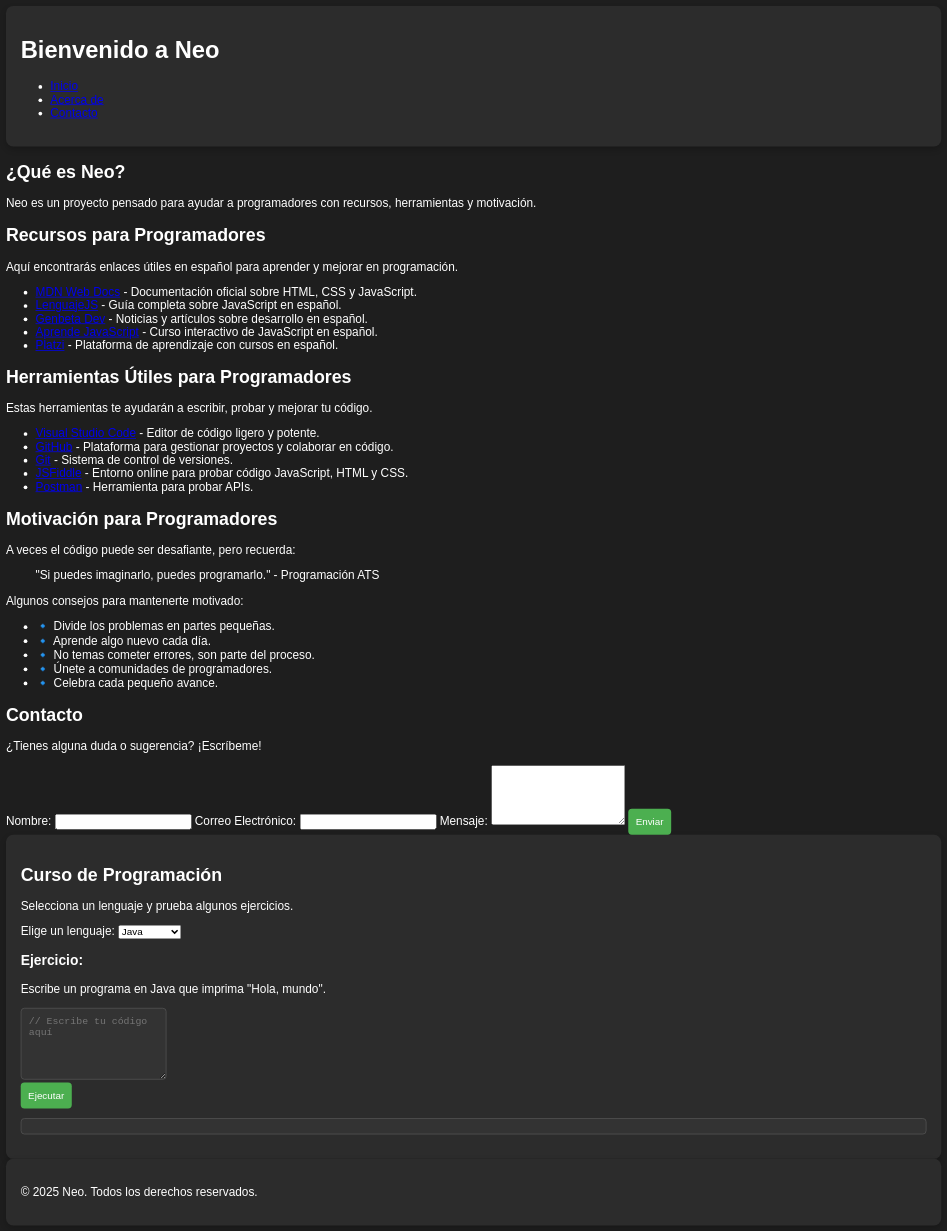
Repository: TapZc/getya_proyect
Page: index.html
The author's editor kept a copy of each file at every save. The page is drawn from the files as they stood at one save, then again after the next save.
The browser window is 1280 px wide. The pictures show the whole page, at 74% of full size.

Above is the page before, as saved 2025-02-21 07:43:21.

After the next save:
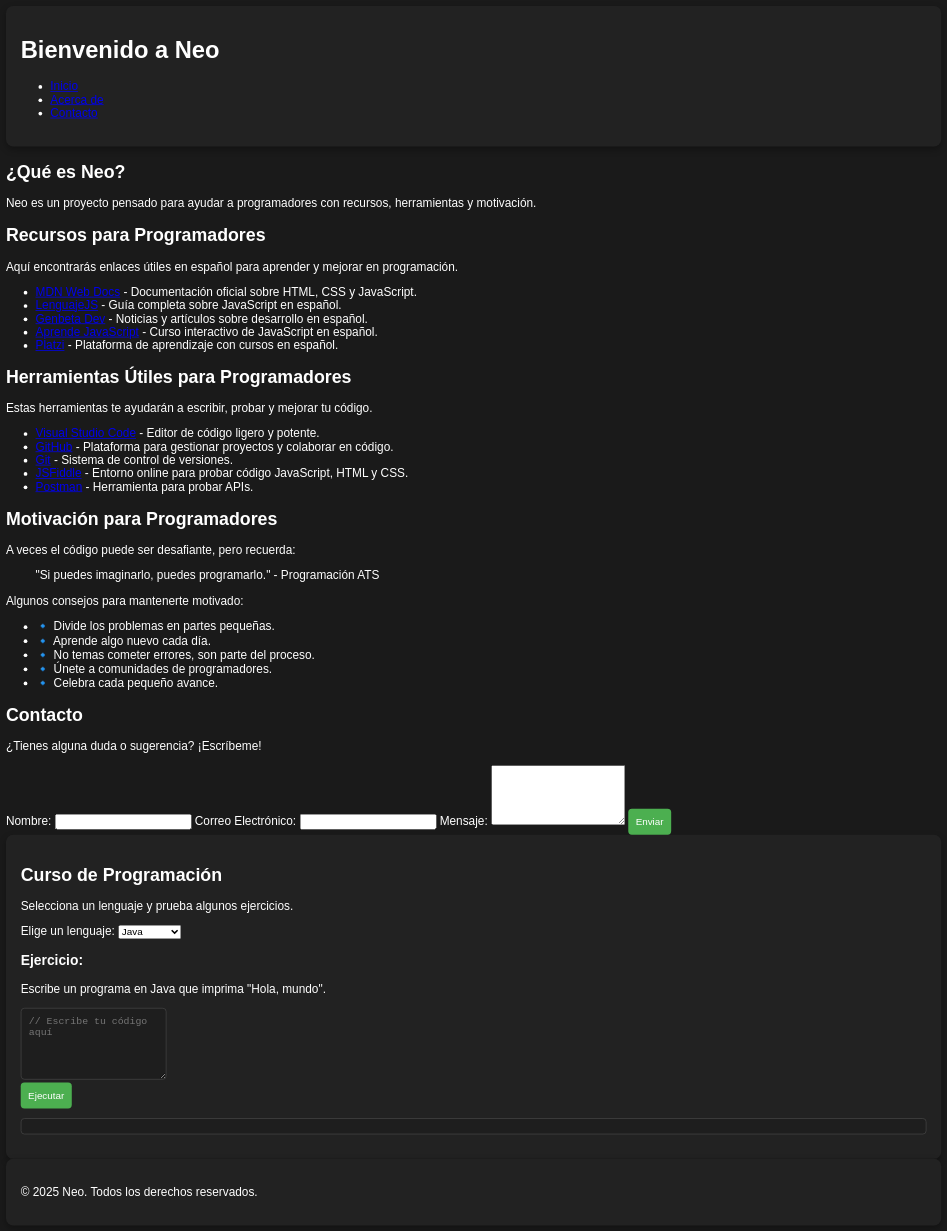
Saved 79 s later.
--- a/styles.css
+++ b/styles.css
@@ -1,39 +1,40 @@
-/* 🔥 Modo oscuro con mejor contraste */
+/* 🔥 Modo oscuro mejorado */
 body {
-    background-color: #1e1e1e;
+    background-color: #1a1a1a; /* Fondo general más oscuro */
     color: #ffffff;
     font-family: Arial, sans-serif;
 }
 
-/* Secciones con fondo oscuro */
+/* Secciones con fondo más oscuro */
 #cursos, header, footer {
-    background-color: #2c2c2c; /* Fondo más oscuro */
+    background-color: #222; /* Más oscuro */
     color: #ffffff;
     padding: 20px;
     border-radius: 10px;
-    box-shadow: 0px 4px 8px rgba(0, 0, 0, 0.2);
+    box-shadow: 0px 4px 10px rgba(0, 0, 0, 0.3); /* Sombra más intensa */
 }
 
-/* Áreas de texto y resultado */
+/* Áreas de código y resultado */
 #codigo, #resultado {
-    background-color: #333;
+    background-color: #1e1e1e; /* Más oscuro */
     color: #ffffff;
-    border: 1px solid #555;
+    border: 1px solid #444;
     padding: 10px;
     border-radius: 5px;
 }
 
-/* Botón con mejor visibilidad */
+/* Botón con más contraste */
 button {
-    background-color: #4caf50; /* Verde */
+    background-color: #4caf50; /* Verde vibrante */
     color: white;
     border: none;
     padding: 10px;
     border-radius: 5px;
     cursor: pointer;
-    transition: background 0.3s;
+    transition: background 0.3s, transform 0.1s;
 }
 
 button:hover {
     background-color: #388e3c;
+    transform: scale(1.05);
 }
